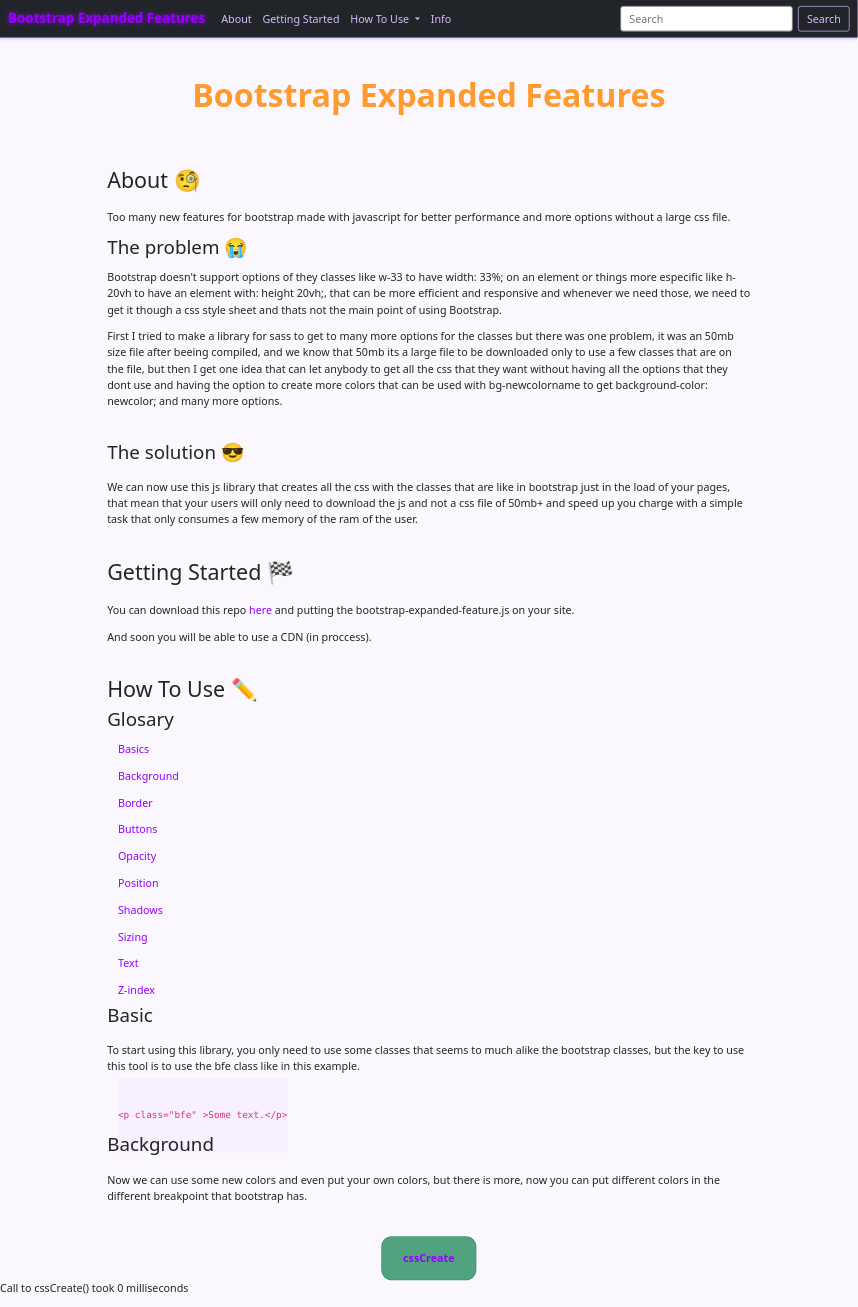
Repository: LynxPardelle/bootstrap-expanded-features
Page: index.html
The author's editor kept a copy of each file at every save. The page is drawn from the files as they stood at one save, then again after the next save.
The browser window is 1280 px wide. The pictures show the whole page, at 67% of full size.

Above is the page before, as saved 2022-01-02 05:28:03.

After the next save:
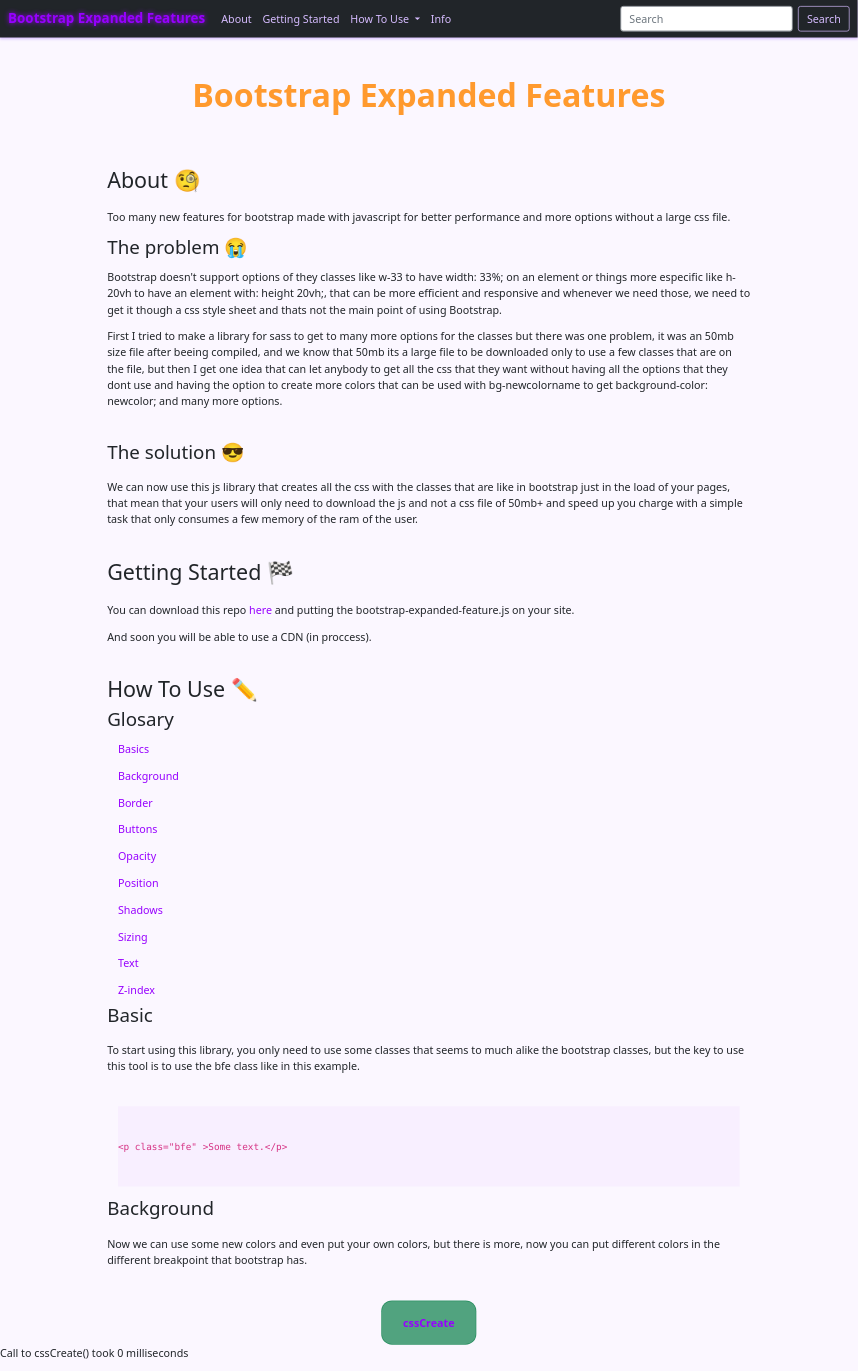
Saved 14 s later.
--- a/index.html
+++ b/index.html
@@ -243,8 +243,8 @@
               that seems to much alike the bootstrap classes, but the key to use
               this tool is to use the bfe class like in this example.
             </p>
-            <p>
-              <code class="py-5 m-3 bef-bg-futurePop__OPA__0_03">
+            <p  class="py-5 m-3 bef-bg-futurePop__OPA__0_03">
+              <code>
                 &#60;p class="bfe" &#62;Some text.&#60;&#47;p&#62;
               </code>
             </p>
